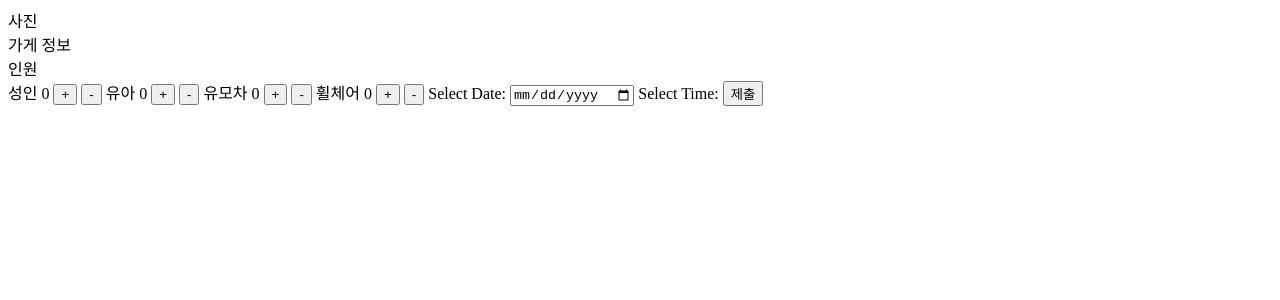
Repository: MeGuuuun/-_TableJava
Page: http://localhost/kimbanbagi/book.jsp
An editor plug-in stored every save of this project. The page is shown before and after the next save, followed by the edit.
The browser window is 1280 px wide. The pictures show the whole page.
The page is served by Tomcat 10. Other server files are loaded and not shown.

Above is the page before, as saved 2024-06-03 01:50:03.

### tableJava/kimbanbagi/WebContent/book.jsp
<%@ page language="java" contentType="text/html; charset=UTF-8"
    pageEncoding="UTF-8"%>
<!DOCTYPE html>
<html>
<head>
<meta charset="UTF-8">
<title>예약 화면</title>
<script src="https://code.jquery.com/jquery-3.6.0.min.js"></script>
</head>
<body>
<form action="book" method="post" id="frm">
	<div id="container">
		<div id="store_div">
			<div>사진</div>
			<div>가게 정보<br></div>
		</div>
		<div id="book_div">
			인원 <br>
			성인
			<span id="a_count">0</span>
			<button type="button" id="a_increaseCount">+</button>
    		<button type="button" id="a_decreaseCount">-</button>
    		<input type="hidden">
    		유아
    		<span id="k_count">0</span>
			<button type="button" id="k_increaseCount">+</button>
    		<button type="button" id="k_decreaseCount">-</button>
    		유모차
    		<span id="s_count">0</span>
			<button type="button" id="s_increaseCount">+</button>
    		<button type="button" id="s_decreaseCount">-</button>
    		휠체어
    		<span id="w_count">0</span>
			<button type="button" id="w_increaseCount">+</button>
    		<button type="button" id="w_decreaseCount">-</button>

    		<input type="hidden" name="adultCount" id="hiddenAdultCount" value="0">
    		<input type="hidden" name="kidCount" id="hiddenKidCount" value="0">
    		<input type="hidden" name="stroller" id="hiddenStroller" value="0">
    		<input type="hidden" name="wheelchair" id="hiddenWheelchair" value="0">

  			<label for="dateInput">Select Date:</label>
			<input type="date" id="dateInput" name="dateValue">

			<label for="timeInput">Select Time:</label>
    		<button type="submit" id="submitBtn">제출</button>
		</div>
		<script>
			$(document).ready(function() {
				var a_count = parseInt($("#a_count").text()); // 성인 인원
			    var k_count = parseInt($("#k_count").text()); // 유아 인원
			    var s_count = parseInt($("#s_count").text()); // 유모차 개수
			    var w_count = parseInt($("#w_count").text()); // 휠체어 개수

			 // 성인 인원 증가/감소
			    $('#a_increaseCount').on('click', function(event) {
			        event.preventDefault();
			        a_count++;
			        $("#a_count").text(a_count);
			    });

			    $('#a_decreaseCount').on('click', function(event) {
			        event.preventDefault();
			        if (a_count > 0) {
			            a_count--;
			            $("#a_count").text(a_count);
			        }
			    });

			    // 유아 인원 증가/감소
			    $('#k_increaseCount').on('click', function(event) {
			        event.preventDefault();
			        k_count++;
			        $("#k_count").text(k_count);
			    });

			    $('#k_decreaseCount').on('click', function(event) {
			        event.preventDefault();
			        if (k_count > 0) {
			            k_count--;
			            $("#k_count").text(k_count);
			        }
			    });

			    // 유모차 개수 증가/감소
			    $('#s_increaseCount').on('click', function(event) {
			        event.preventDefault();
			        s_count++;
			        $("#s_count").text(s_count);
			    });

			    $('#s_decreaseCount').on('click', function(event) {
			        event.preventDefault();
			        if (s_count > 0) {
			            s_count--;
			            $("#s_count").text(s_count);
			        }
			    });

			    // 휠체어 개수 증가/감소
			    $('#w_increaseCount').on('click', function(event) {
			        event.preventDefault();
			        w_count++;
			        $("#w_count").text(w_count);
			    });

			    $('#w_decreaseCount').on('click', function(event) {
			        event.preventDefault();
			        if (w_count > 0) {
			            w_count--;
			            $("#w_count").text(w_count);
			        }
			    });

			    // 제출 버튼 클릭 시 form submit
			    $('#submitBtn').on('click', function(event) {
			        event.preventDefault();
			        $('#hiddenAdultCount').val($("#a_count").text());
			        $('#hiddenKidCount').val($("#k_count").text());
			        $('#hiddenStroller').val($("#s_count").text());
			        $('#hiddenWheelchair').val($("#w_count").text());
			        $('#frm').submit();
			    });
			});
		</script>
	</div>
</form>
</body>
</html>

After the next save:
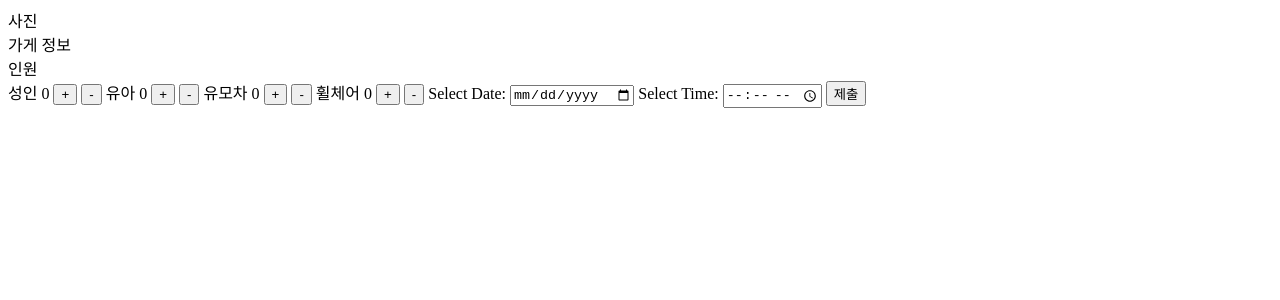
Saved 51 s later.
--- a/tableJava/kimbanbagi/WebContent/book.jsp
+++ b/tableJava/kimbanbagi/WebContent/book.jsp
@@ -43,6 +43,7 @@
 			<input type="date" id="dateInput" name="dateValue">
 
 			<label for="timeInput">Select Time:</label>
+			<input type="time" id="timeInput" name="timeValue">
     		<button type="submit" id="submitBtn">제출</button>
 		</div>
 		<script>
